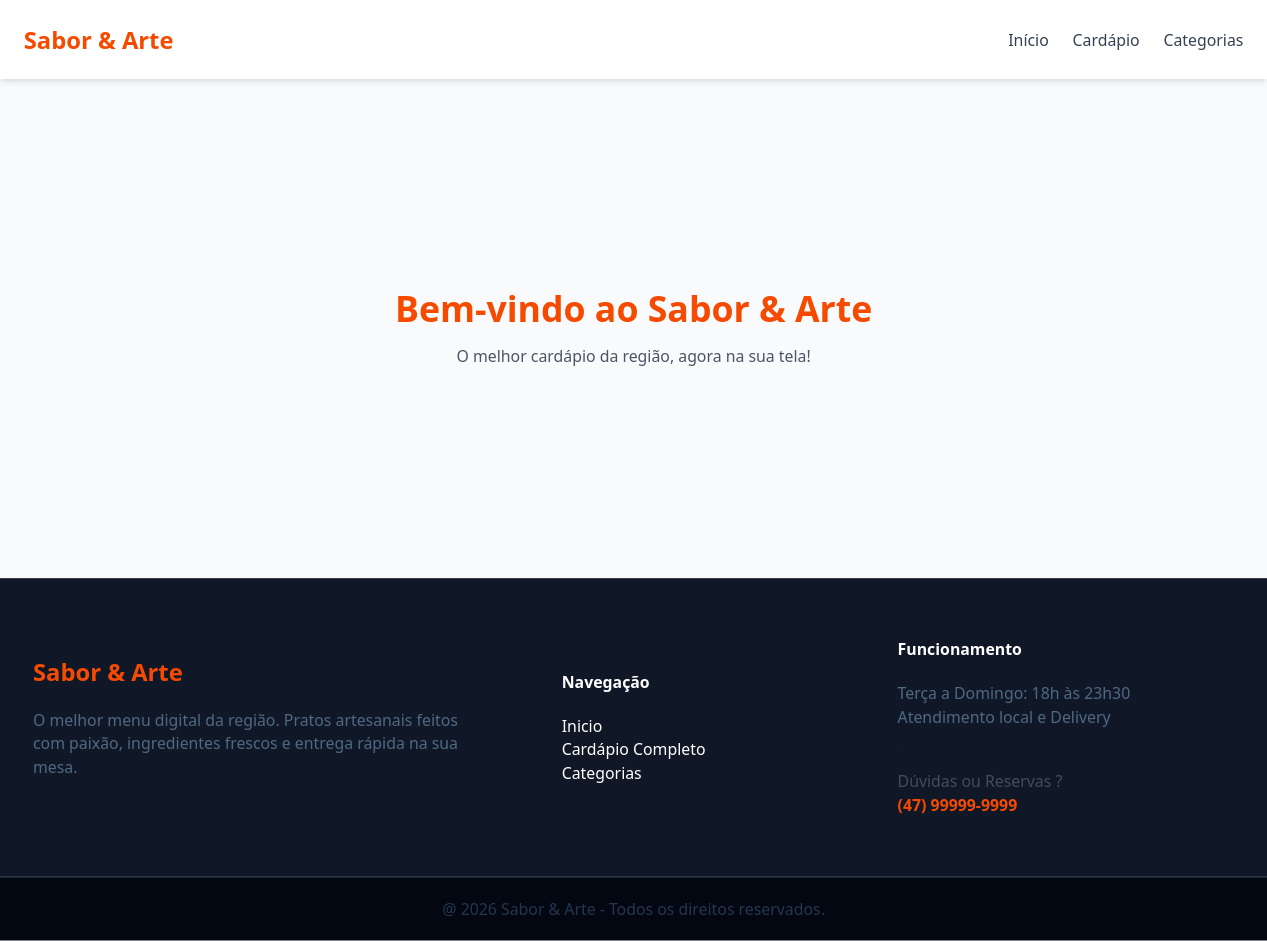
Repository: DiegoWWeege/pair-programming-next-js
Page: / (app in next-js-project/)
These files come from the project's save history. The page is drawn as it stood at one moment and after the next save; the edit follows.
The browser window is 1280 px wide. The pictures show the whole page, at 99% of full size.
The project was rebuilt for these pictures with package versions that can differ from the ones it lists, and the page was loaded fresh each time. The framework's server and built-in components were replaced by stand-ins that run in the browser. Also part of the build but not shown: next-js-project/next.config.ts.

Above is the page before, as saved 2026-09-18 19:06:20.

### next-js-project/src/app/layout.tsx
import type { Metadata } from "next";
import "./globals.css";
import {Inter, Montserrat} from "next/font/google"
import NavBar from "@/components/NavBar";
import Footer from "@/components/Footer";

const inter = Inter({subsets: ["latin"], variable : "--font-inter"});

const montserrat = Montserrat({ subsets: ["latin"], variable: "--font-montserrat"})

export const metadata: Metadata = {
  title: "Menu Digital - Restaurante",
  description: "Desenvolvido por Diego e Cherpinski",
};

export default function RootLayout({ children }: LayoutProps<"/">) {
  return (
    <html
      lang="pt-br"
    >
      <body className="bg-gray-50 antialiased">
        <NavBar></NavBar>
        {children}
        <Footer/>

      </body>
    </html>
  );
}

### next-js-project/src/app/page.tsx
import Image from "next/image";
import Footer from "../components/Footer";
import NavBar from "@/components/NavBar";

export default function Home() {
  return (
    <div>
      <main className="flex flex-col items-center justify-center min-h-[70vh]">
        <h1 className="text-4xl font-bold text-orange-600 ">Bem-vindo ao Sabor & Arte</h1>
        <p className="mt-4 text-gray-600">O melhor cardápio da região, agora na sua tela!</p>
      </main>
    </div>
  );
}

### next-js-project/src/components/NavBar.tsx
import Link from "next/link";


export default function NavBar(){

    return (
        <nav className="flex items-center justify-between p-6 bg-white shadow-md">
            <h2 className="text-2xl font-bold text-orange-600">Sabor & Arte</h2>

            <div className="flex gap-6">
                <Link href= "/" className="text-gray-700 hover:text-orange-600 font-medium">Início</Link>

                <Link href= "/cardapio" className="text-gray-700 hover:text-orange-600 font-medium">Cardápio</Link>

                <Link href= "/categorias" className="text-gray-700 hover:text-orange-600 font-medium">Categorias</Link>
            </div>

        </nav>
    );
}

### next-js-project/src/components/Footer.tsx
import Link from "next/link"

export default function Footer(){

    return(

        <footer>
           <div className="grid grid-cols-3 items-center justify-items-center bg-[#101828] p-15">
                <div>
                    <h2 className="font-bold text-orange-600 text-2xl mb-5 ">
                        Sabor & Arte
                    </h2>

                    <p className="w-110 mb-5 w-60 text-[#506982]">
                        O melhor menu digital da região. Pratos artesanais feitos com
                        paixão, ingredientes frescos e entrega rápida na sua mesa.
                    </p>
                </div>

                <div>
                    <h3 className = "text-white font-bold mb-5">
                        Navegação
                    </h3>

                    <Link className = "block text-white" href="/">Inicio</Link>
                    <Link className = "block text-white" href="/cardapio">Cardápio Completo</Link>
                    <Link className = "block text-white" href="/categorias">Categorias</Link>
                </div>

                <div>
                    <h3 className="text-white font-bold mb-5">
                        Funcionamento
                    </h3>

                    <p className="mb-5 w-60 text-[#506982]">
                        Terça a Domingo: 18h às 23h30
                        Atendimento local e Delivery
                    </p>

                    <hr className="border-[#151E2E] w-1"/>

                    <p className="mt-5 text-[#444E56]">
                        Dúvidas ou Reservas ?
                    </p>

                    <strong className="text-orange-600">
                        (47) 99999-9999
                    </strong>
                </div>

           </div>

            <hr className="border-[#151E2E] "/>

           <div className = "flex items-center justify-center p-5 bg-[#030712]">
                    <p className="text-[#25374E]">
                        @ 2026 Sabor & Arte - Todos os direitos reservados.
                    </p>
            </div>
        </footer>
    )

}

Loaded but not shown: next-js-project/src/app/globals.css (common file)

After the next save:
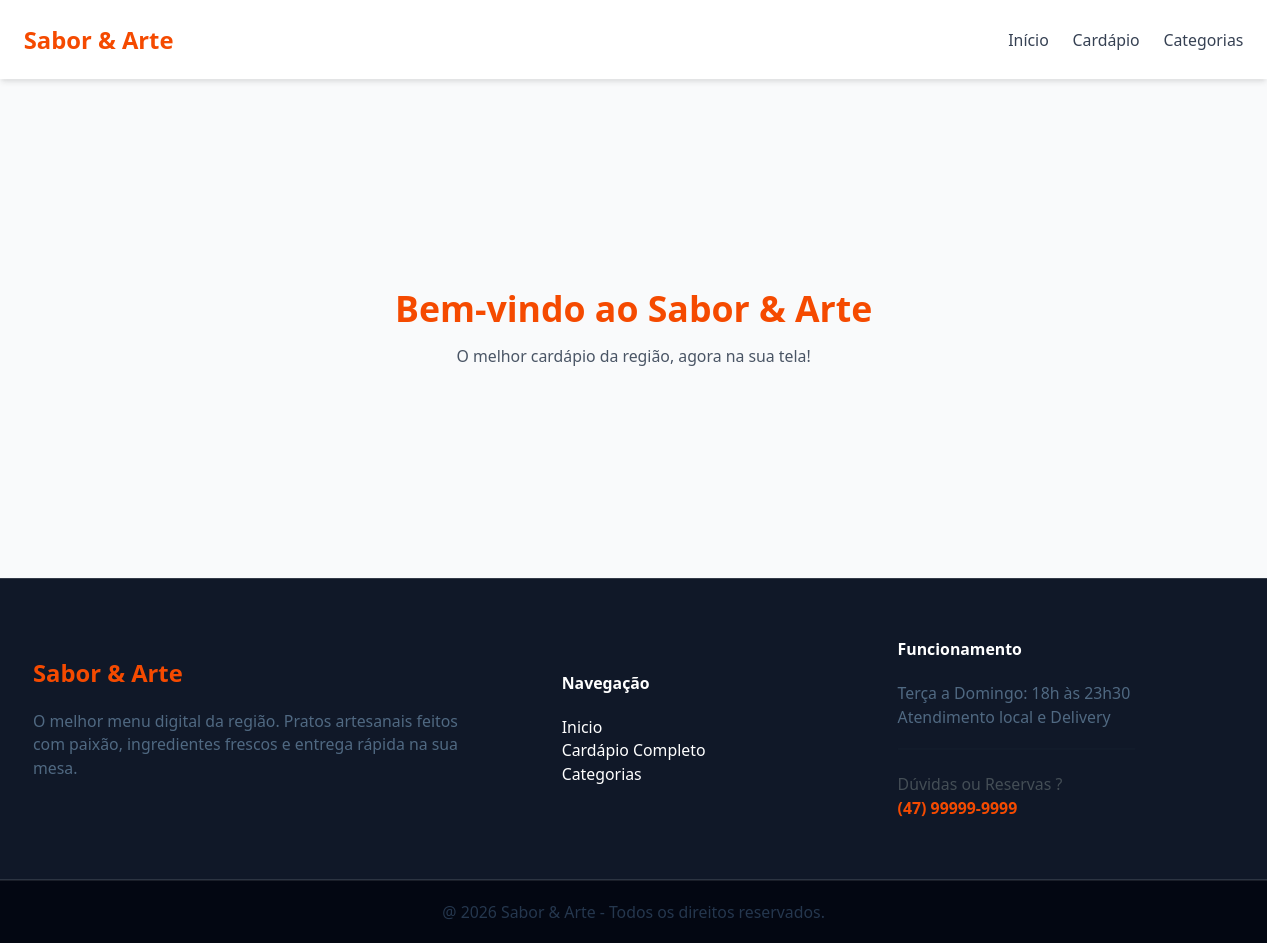
Saved 4 s later.
--- a/next-js-project/src/components/Footer.tsx
+++ b/next-js-project/src/components/Footer.tsx
@@ -37,7 +37,7 @@
                         Atendimento local e Delivery
                     </p>
 
-                    <hr className="border-[#151E2E] w-1"/>
+                    <hr className="border-[#151E2E] h-1"/>
 
                     <p className="mt-5 text-[#444E56]">
                         Dúvidas ou Reservas ?

After the save that followed:
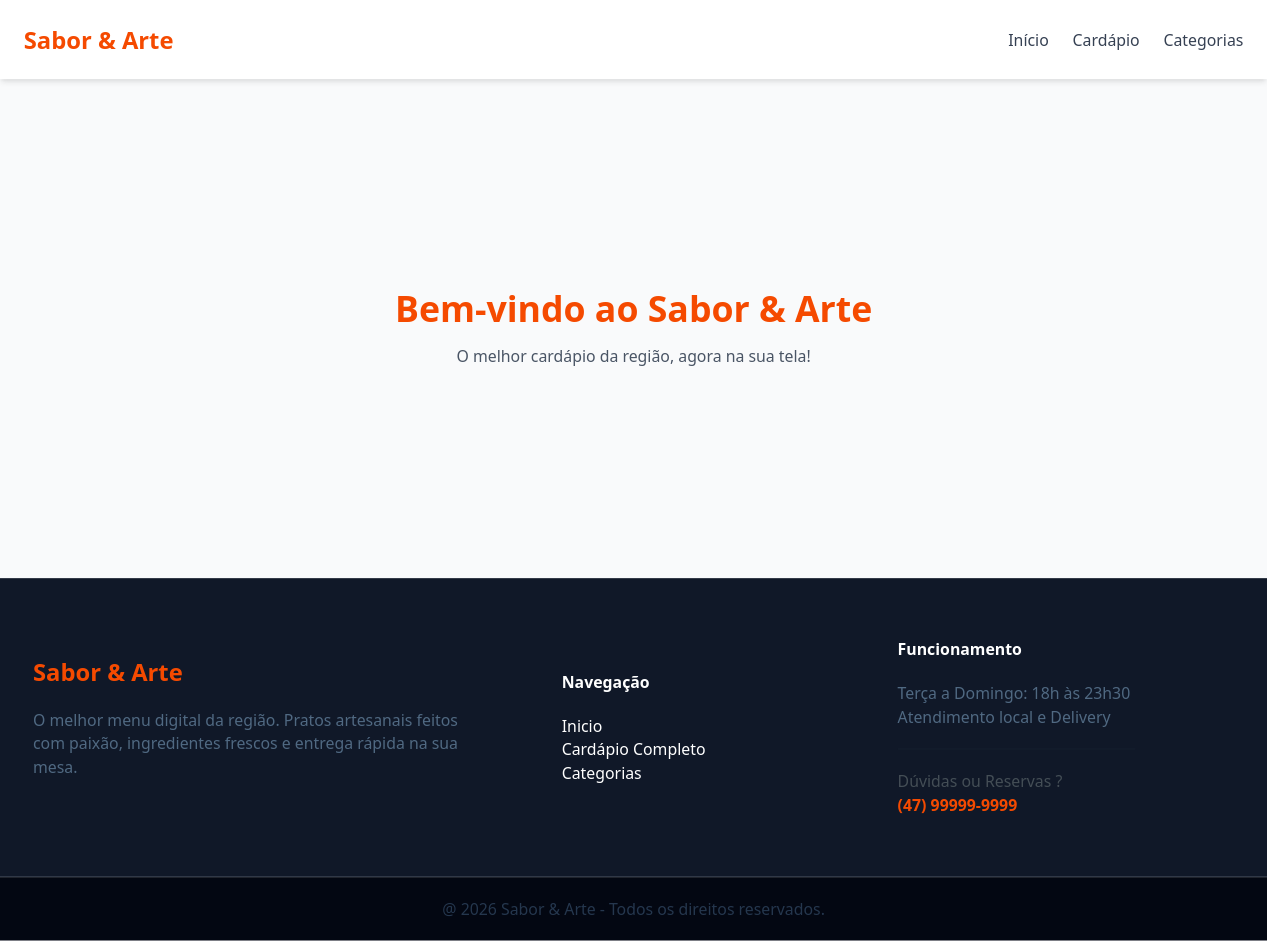
Saved 69 s later.
--- a/next-js-project/src/components/Footer.tsx
+++ b/next-js-project/src/components/Footer.tsx
@@ -37,7 +37,7 @@
                         Atendimento local e Delivery
                     </p>
 
-                    <hr className="border-[#151E2E] h-1"/>
+                    <hr className="border-[#151E2E] "/>
 
                     <p className="mt-5 text-[#444E56]">
                         Dúvidas ou Reservas ?
